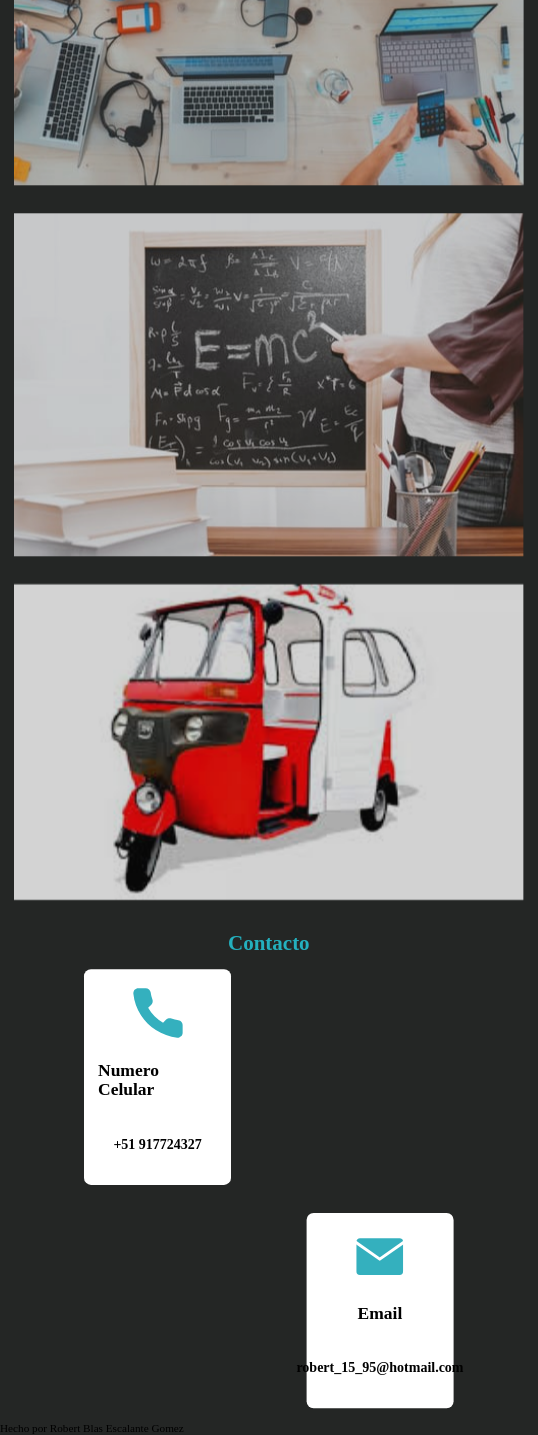
Repository: RobertAries28/PortafolioRobertEscalanteGomez2022
Page: index.html
An editor plug-in stored every save of this project. The page is shown before and after the next save, followed by the edit.
The browser window is 768 px wide. The pictures show the part of the page from y = 2584 to 4824 px (the page is 4634 px tall before and 4824 px after), at 70% of full size.

Above is the page before, as saved 2022-02-15 20:45:50.

After the next save:
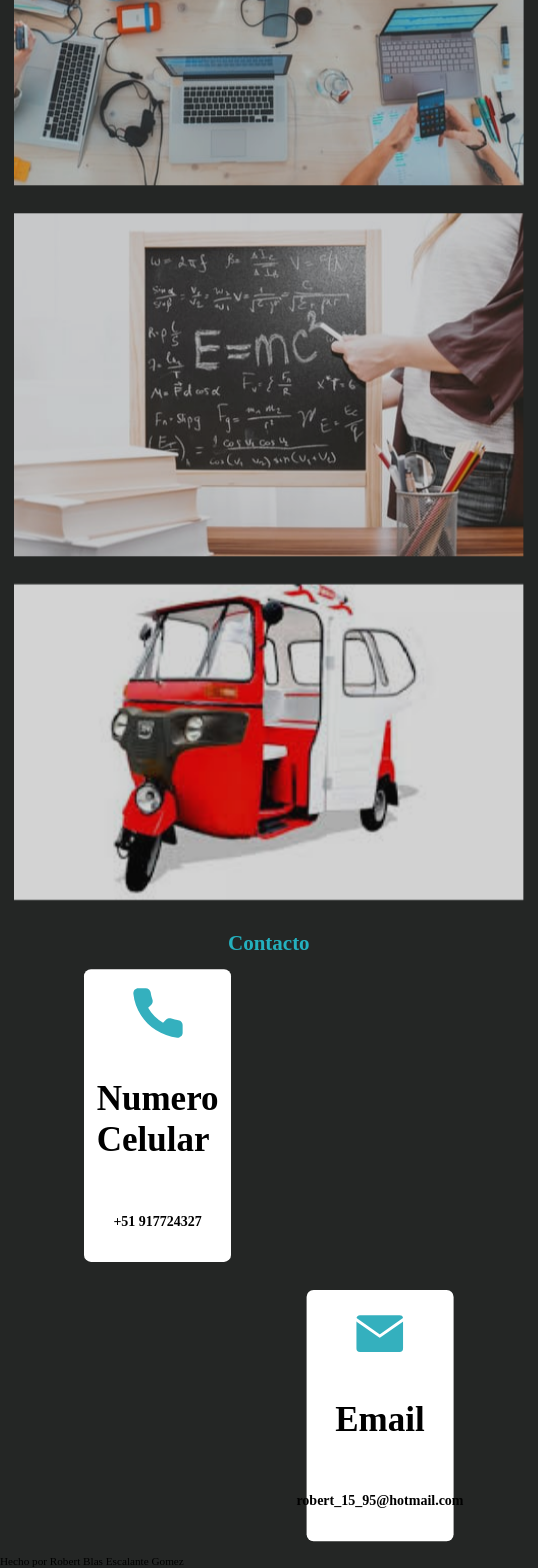
Saved 17 s later.
--- a/estilos.css
+++ b/estilos.css
@@ -618,7 +618,7 @@
         width: 30%;
     }
 
-    .contacto h3{
+    .contacto div h3{
         font-size: 50px;
     }
 }
